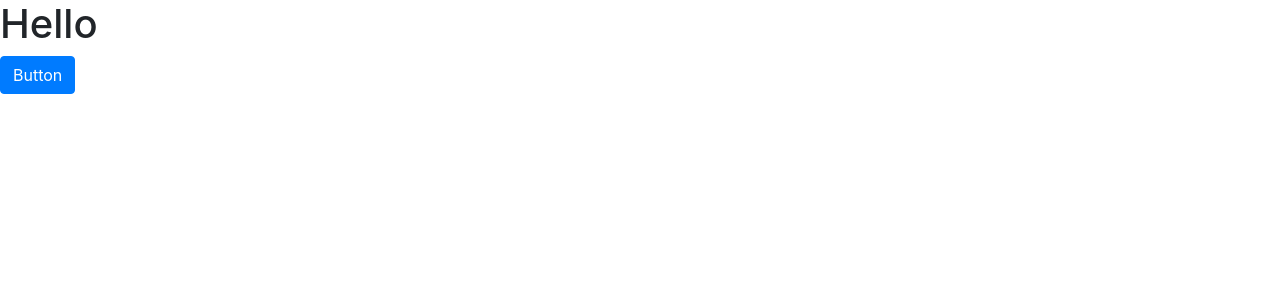
Repository: Ivan-bin/47300-final-project
Page: views/index.html
These files come from the project's save history. The page is drawn as it stood at one moment and after the next save; the edit follows.
The browser window is 1280 px wide. The pictures show the whole page.

Above is the page before, as saved 2020-09-24 23:47:09.

After the next save:
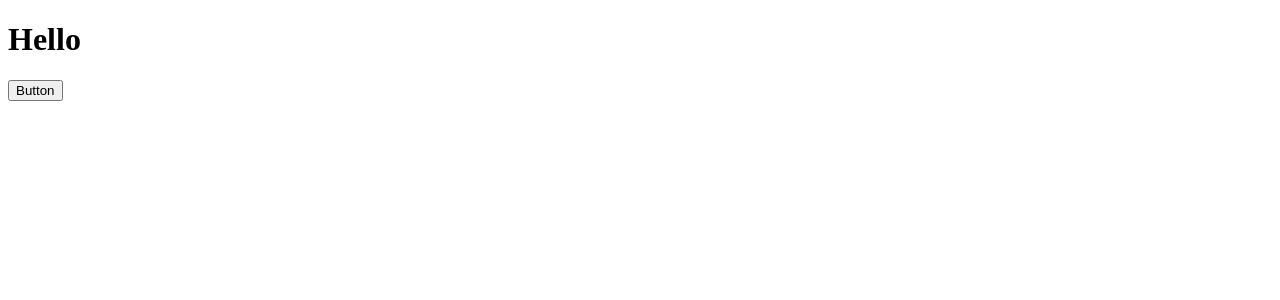
Saved 28 s later.
--- a/views/index.html
+++ b/views/index.html
@@ -3,7 +3,7 @@
 <head>
     <meta charset="UTF-8">
     <meta name="viewport" content="width=device-width, initial-scale=1.0">
-    <link rel="stylesheet" href="css/bootstrap.min.css">
+    <!-- <link rel="stylesheet" href="css/bootstrap.min.css"> -->
     <title>Document</title>
 </head>
 <body>

After the save that followed:
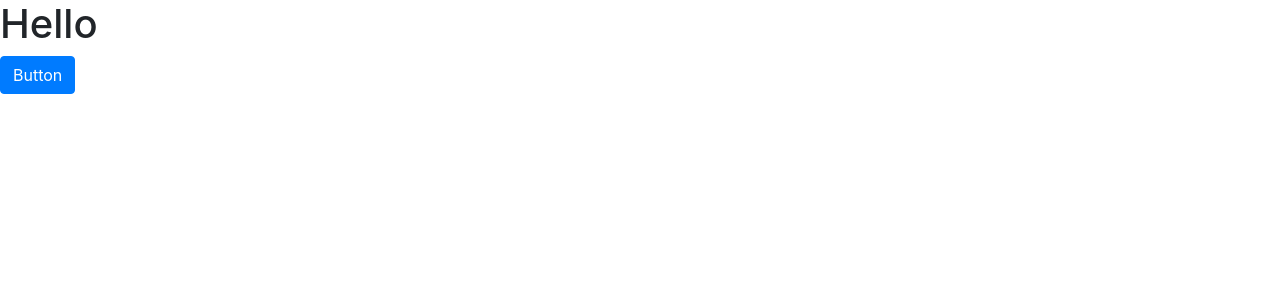
Saved 8 s later.
--- a/views/index.html
+++ b/views/index.html
@@ -3,7 +3,7 @@
 <head>
     <meta charset="UTF-8">
     <meta name="viewport" content="width=device-width, initial-scale=1.0">
-    <!-- <link rel="stylesheet" href="css/bootstrap.min.css"> -->
+    <link rel="stylesheet" href="css/bootstrap.min.css">
     <title>Document</title>
 </head>
 <body>
